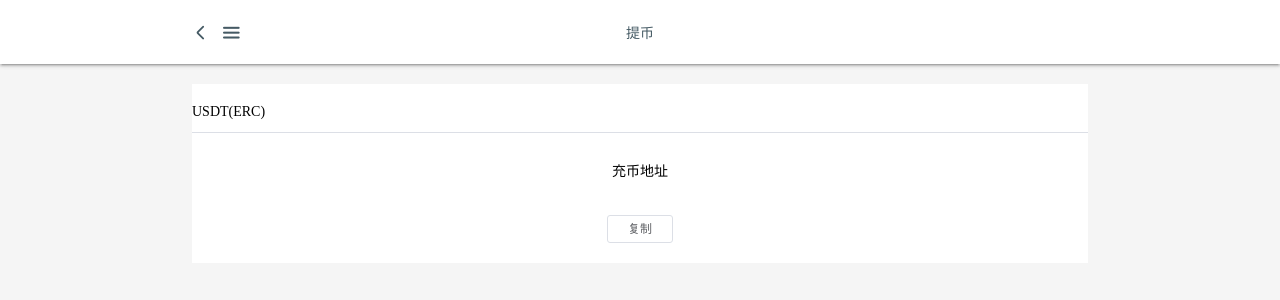
Repository: miyanshichen/ent
Page: /finance/withdraw
The author's editor kept a copy of each file at every save. The page is drawn from the files as they stood at one save, then again after a run of saves.
The browser window is 1280 px wide. The pictures show the whole page.
The project was rebuilt for these pictures with package versions that can differ from the ones it lists, and the page was loaded fresh each time. Also part of the build but not shown: vue.config.js, src/assets/font/iconfont.js, src/components/Input.vue.

Above is the page before, as saved 2021-01-13 17:01:36.

After the next 2 saves:
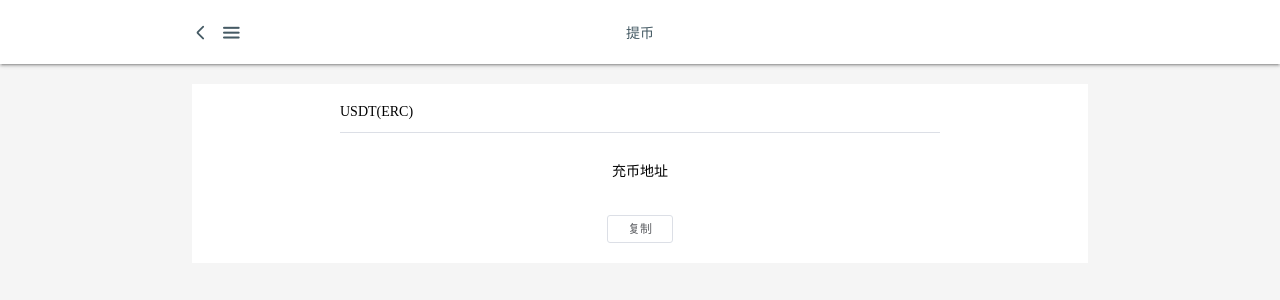
The 2 saves are shown as one change because they came seconds apart.
The last was saved 26 s later.
--- a/src/views/assets/withdraw.vue
+++ b/src/views/assets/withdraw.vue
@@ -43,4 +43,9 @@ export default {
 </script>
 <style lang='less' scoped>
 @import "~@/assets/css/public.less";
+.deposit {
+  width: 90%;
+  max-width: 600px;
+  margin: 0 auto;
+}
 </style>
